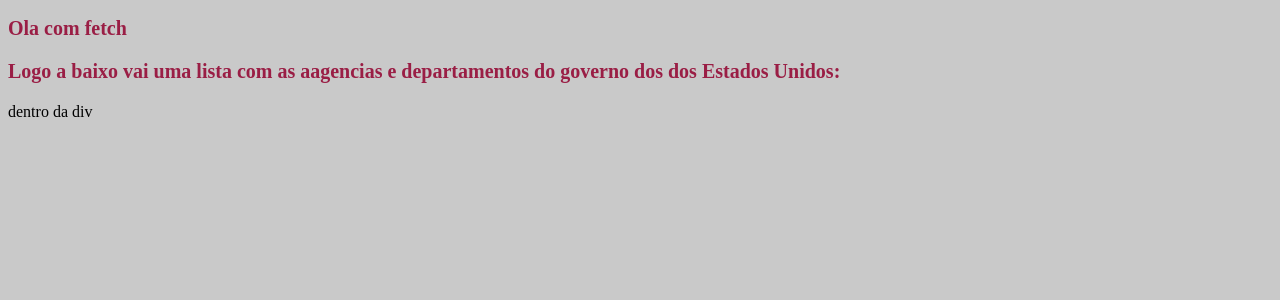
Repository: gustavo-eng/usaJobs
Page: index.html
The author's editor kept a copy of each file at every save. The page is drawn from the files as they stood at one save, then again after the next save.
The browser window is 1280 px wide. The pictures show the whole page.
The page's requests for data from a server got no answer.

Above is the page before, as saved 2023-01-08 16:36:58.
Console error: ReferenceError: a is not defined

After the next save:
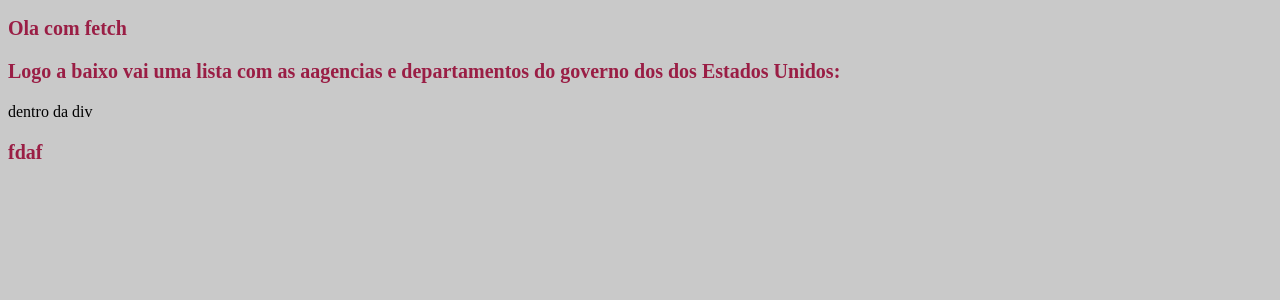
Saved 8 s later.
--- a/index.html
+++ b/index.html
@@ -18,7 +18,7 @@
     <script>
         const div =  document.querySelector('div').innerHTML = 'dentro da div '
         const paragrafo = document.createElement("p")
-        paragrafo.innerText = ''
+        paragrafo.innerText = 'fdaf'
         document.body.appendChild(paragrafo)
 
 
